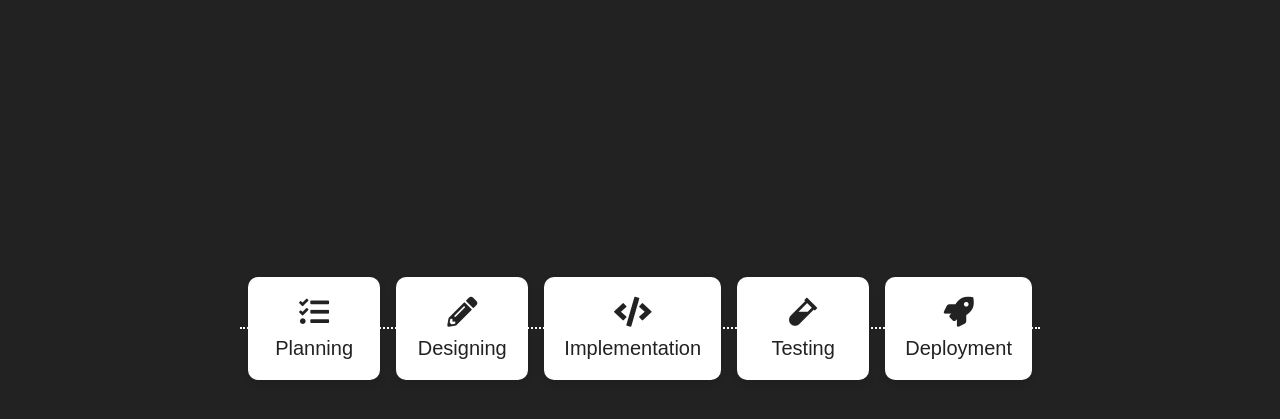
Repository: itsquadian/IT-SQUADIAN
Page: try.html
The author's editor kept a copy of each file at every save. The page is drawn from the files as they stood at one save, then again after the next save.
The browser window is 1280 px wide. The pictures show the whole page.

Above is the page before, as saved 2024-04-13 20:28:36.

After the next save:
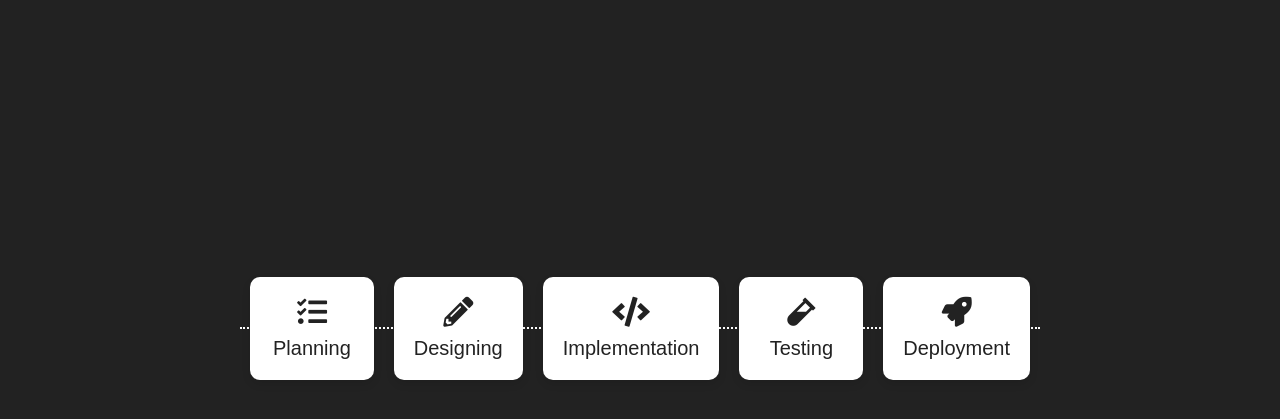
Saved 62 s later.
--- a/try.html
+++ b/try.html
@@ -55,7 +55,7 @@
         color:#222;
         transition: all 0.5s ease; /* Add smooth transition */
         width: 18%; /* Adjust width */
-        margin: 0 1%; /* Adjust spacing */
+        margin: 0 10px; /* Adjust spacing */
     }
 
     .step i {
